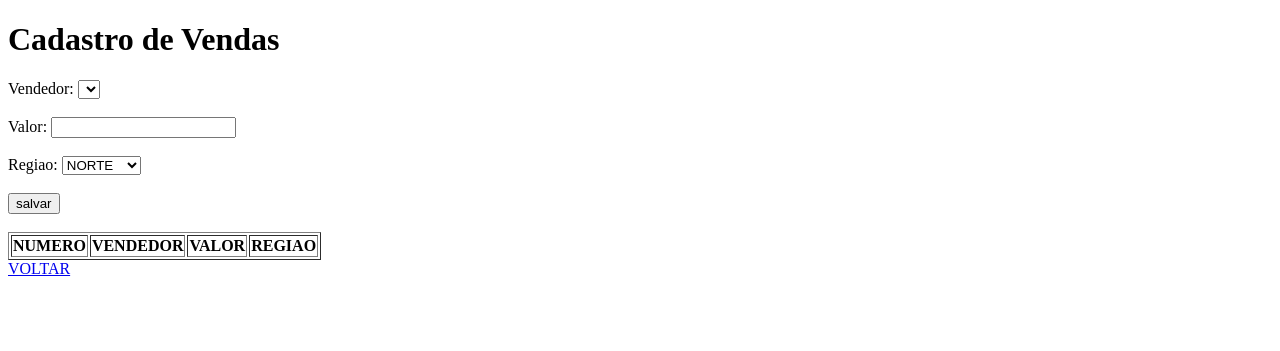
Repository: gabriellacrystina/workspaceWeb
Page: http://localhost/PrjVendas/CadastroVendas.jsp
An editor plug-in stored every save of this project. The page is shown before and after the next save, followed by the edit.
The browser window is 1280 px wide. The pictures show the whole page.
The page is served by Tomcat 9.

Above is the page before, as saved 2015-09-21 14:20:54.

After the next save:
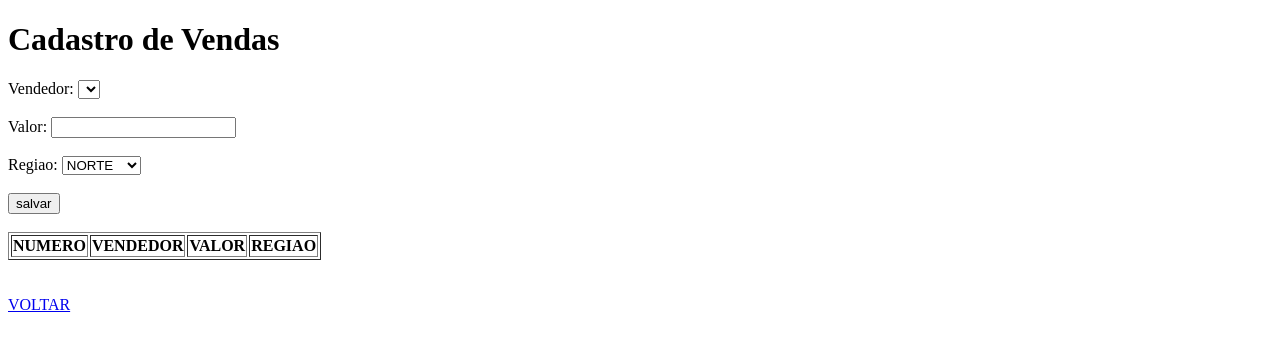
Saved 17 s later.
--- a/PrjVendas/WebContent/CadastroVendas.jsp
+++ b/PrjVendas/WebContent/CadastroVendas.jsp
@@ -61,6 +61,6 @@
 
 
 		</table>
-		<a href="Menu.jsp">VOLTAR</a><br>
+		<br><br><a href="Menu.jsp">VOLTAR</a>
 	</body>
 </html>
